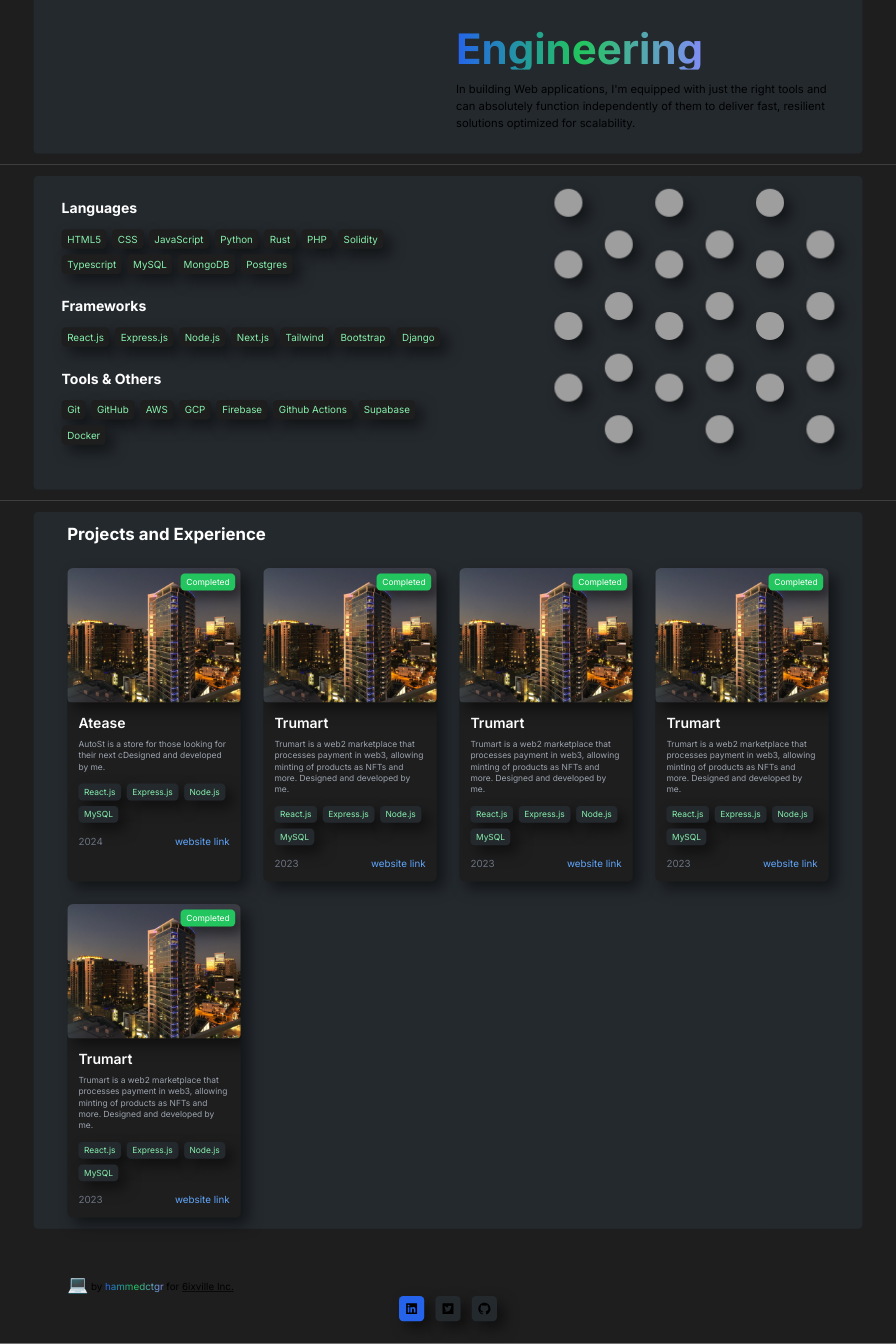
Repository: muhammedctgr/hammedctgr
Page: /
An editor plug-in stored every save of this project. The page is shown before and after the next save, followed by the edit.
The browser window is 1280 px wide. The pictures show the part of the page from y = 808 to 2728 px (the page is 2728 px tall), at 70% of full size.
Pictures or frames that could not be fetched are drawn as grey boxes. The project was rebuilt for these pictures with package versions that can differ from the ones it lists, and the page was loaded fresh each time. The framework's server and built-in components were replaced by stand-ins that run in the browser. Also part of the build but not shown: next.config.mjs.

Above is the page before, as saved 2024-08-13 21:30:42.

### app/layout.tsx
import type { Metadata } from "next";
import { Inter } from "next/font/google";
import "./globals.css";

const inter = Inter({ subsets: ["latin"] });

export const metadata: Metadata = {
  title: "Popoola Muhammed",
  description: "Generated by create next app",
};

export default function RootLayout({
  children,
}: Readonly<{
  children: React.ReactNode;
}>) {
  return (
    <html lang="en">
      <body className={inter.className}>{children}</body>
    </html>
  );
}

### app/page.tsx
import Head from 'next/head';
import Hero from '../components/Hero';
import SkillsSection from '@/components/SkillsSection';
import SummarySection from '@/components/SummarySection';
import ProjectsSection from '@/components/ProjectsSection';
import Footer from '@/components/Footer';

const Home = () => (
  <div>
    <Head>
      <title>Popoola Muhammed</title>
      <meta name="description" content="Welcome to my developer portfolio" />
    </Head>

    <Hero />
    <SummarySection />
    <SkillsSection />
    <ProjectsSection />
    <Footer />
  </div>
);

export default Home;

### app/globals.css
@tailwind base;
@tailwind components;
@tailwind utilities;

:root {
  --foreground-rgb: 0, 0, 0;
  --background-start-rgb: 214, 219, 220;
  --background-end-rgb: 255, 255, 255;
}

@media (prefers-color-scheme: dark) {
  :root {
    --foreground-rgb: 255, 255, 255;
    --background-start-rgb: 0, 0, 0;
    --background-end-rgb: 0, 0, 0;
  }
}

body {
  color: rgb(var(--foreground-rgb));
  background: linear-gradient(
      to bottom,
      transparent,
      rgb(var(--background-end-rgb))
    )
    rgb(var(--background-start-rgb));
}

@layer utilities {
  .text-balance {
    text-wrap: balance;
  }
}


@keyframes upDown {
  0%, 100% {
    transform: translateY(0);
  }
  50% {
    transform: translateY(-10px); /* Adjust the value as needed */
  }
}

.animate-upDown {
  animation: upDown 2s infinite ease-in-out; /* Adjust duration as needed */
}


@keyframes scroll-medium {
  0% {
    transform: translateY(-100%);
  }
  100% {
    transform: translateY(100%);
  }
}

@keyframes scroll-fast {
  0% {
    transform: translateY(-100%);
  }
  100% {
    transform: translateY(30vh);
  }
}

@keyframes scroll-upfast {
  0% {
    transform: translateY(100%);
  }
  100% {
    transform: translateY(-30vh);
  }
}

.animate-scroll-upfast {
  animation: scroll-upfast 2s linear infinite;
}

.animate-scroll-fast {
  animation: scroll-fast 2s linear infinite;
}

.animate-scroll-medium {
  animation: scroll-medium 6s linear infinite;
}

.animate-scroll-delay {
  animation-delay: 2s;
}

.animate-scroll-delay-long {
  animation-delay: 4s;
}

.animate-scroll {
  animation: scroll 10s linear infinite;
}

.neumorph {
  border-radius: 5px;
  background: linear-gradient(145deg, #161414, #1a1818);
  box-shadow:  5px 5px 10px #111010,
               -5px -5px 10px #1f1c1c;
}

### components/Hero.tsx
import Image from 'next/image';
import profilePic from '../public/profile.png';
import { AiFillLinkedin, AiFillGithub, AiFillTwitterSquare, AiFillX } from 'react-icons/ai';

const Hero = () => {
  return (
    <section className="bg-gptGray px-4 py-4 md:pt-8 md:px-8 lg:px-12 text-white flex items-center">
  <div className="container bg-githubGray shadow-lg rounded-md mx-auto flex flex-col md:flex-row md:px-2 relative overflow-hidden">
    <div className="flex-1 text-left p-4 md:p-8">
      <div className="inline-block bg-blue-600 text-black py-1 px-3 mb-4 rounded-md">
        Hi, I’m
      </div>
      <div className="mb-6">
        <h1 className="text-xl md:text-3xl font-bold">Popoola Muhammed</h1>
        <p className="mt-2 text-lg md:text-xl">Full-Stack Developer, I build and manage</p>
      </div>
      <ul className="mt-4 list-disc list-inside text-xs md:text-base">
        <li>Highly Optimized and Responsive <span className="text-blue-600">FRONT-END</span></li>
        <li>Secure and Scalable <span className="text-blue-600">BACK-END & DATABASE</span></li>
        <li><span className="text-blue-600">IT</span> Infrastructure</li>
      </ul>
      <div className="mt-6">
        <a href="#contact" className="underline">Let’s Connect</a>
        <div className="mt-2 flex justify-start space-x-4">
          <a href="#" className="bg-blue-600 p-2 rounded-md shadow-deep-all">
            <AiFillLinkedin size={20} />
          </a>
          <a href="#" className="bg-githubGray p-2 rounded-md shadow-deep-all">
            <AiFillTwitterSquare size={20} />
          </a>
          <a href="#" className="bg-githubGray p-2 rounded-md shadow-deep-all">
            <AiFillGithub size={20} />
          </a>
        </div>
      </div>
    </div>
    <div className="relative flex-1 p-4 md:p-8">
      <img src="https://cdn.jsdelivr.net/gh/devicons/devicon@latest/icons/python/python-original.svg" className="right-4 w-8 h-8 md:w-16 md:h-16 lg:w-16 lg:h-16 bg-gptGray rounded-md animate-bounce shadow-deep-all" />
      <div className="relative w-40 h-40 md:w-72 md:h-72 lg:w-96 lg:h-96 mx-auto">
        <Image src={profilePic} alt="Popoola Muhammed" layout="fill" className="rounded-full object-cover animate-upDown" />
      </div>
      <img src="https://cdn.jsdelivr.net/gh/devicons/devicon@latest/icons/rust/rust-original.svg"  className="w-8 h-8 md:w-16 md:h-16 lg:w-16 lg:h-16 bg-gptGray rounded-3xl shadow-deep-all animate-bounce absolute top-8 right-4" />
      <img src="https://cdn.jsdelivr.net/gh/devicons/devicon@latest/icons/javascript/javascript-original.svg" className="w-8 h-8 md:w-12 md:h-12 lg:w-12 lg:h-12 bg-gptGray rounded-md animate-bounce shadow-deep-all" />
    </div>
    <img src="https://cdn.jsdelivr.net/gh/devicons/devicon@latest/icons/nextjs/nextjs-original.svg" className="w-8 h-8 md:w-12 md:h-12 lg:w-12 lg:h-12 bg-gptGray rounded-3xl shadow-deep-all animate-bounce absolute bottom-4 right-36" />
  </div>
</section>
  );
};

export default Hero;

### components/SkillsSection.tsx
import Image from 'next/image';
import { FC } from 'react';

interface SkillCategory {
  title: string;
  skills: { name: string; }[];
}

const skills: SkillCategory[] = [
  {
    title: "Languages",
    skills: [
      { name: "HTML5",  },
      { name: "CSS", },
      { name: "JavaScript",  },
      { name: "Python", },
      { name: "Rust",  },
      { name: "PHP", },
      { name: "Solidity",  },
      { name: "Typescript",  },
      { name: "MySQL",  },
      { name: "MongoDB", },
      { name: "Postgres", },
    ],
  },
  {
    title: "Frameworks",
    skills: [
      { name: "React.js", },
      { name: "Express.js",  },
      { name: "Node.js", },
      { name: "Next.js", },
      { name: "Tailwind", },
      { name: "Bootstrap", },
      { name: "Django", }
    ],
  },
  {
    title: "Tools & Others",
    skills: [
      { name: "Git",  },
      { name: "GitHub",  },
      { name: "AWS", },
      { name: "GCP", },
      { name: "Firebase", },
      { name: "Github Actions", },
      { name: "Supabase",  },
      { name: "Docker",  },
    ],
  },
];

const icons = [
  "/icons/html5.svg", // Replace with your icon paths
  "/icons/css3.svg",
  "/icons/javascript.svg",
  "/icons/python.svg",
  // Add the rest of the icons as needed
];

const SkillsSection: FC = () => {
  return (
  <section className="px-4 py-4 md:px-8 lg:px-12 bg-gptGray text-white w-full h-full">
  <div className="container bg-githubGray rounded-md mx-auto flex flex-col md:flex-row items-start md:px-2">
    <div className="flex-1 p-4 md:p-8">
      {skills.map((category) => (
        <div key={category.title} className="mb-8">
          <h2 className="text-lg md:text-xl font-bold mb-4 ">{category.title}</h2>
          <div className="flex flex-wrap gap-2">
            {category.skills.map((skill) => (
              <span
                key={skill.name}
                className={`px-2 py-1 rounded-md text-sm shadow-deep-all bg-gptGray text-green-300`}
              >
                {skill.name}
              </span>
            ))}
          </div>
        </div>
      ))}
    </div>
    <div className="flex-1 flex flex-col items-center md:items-end overflow-hidden md:pb-8">
      <div className="grid grid-cols-6 md:grid-cols-6 gap-8 p-4 md:p-8">
      <img src="https://cdn.jsdelivr.net/gh/devicons/devicon@latest/icons/html5/html5-original.svg" className="w-10 h-10 md:w-10 md:h-10 lg:w-10 lg:h-10 bg-gptGray rounded-3xl shadow-deep-all mt-4 animate-scroll-fast" />
      <img src="https://cdn.jsdelivr.net/gh/devicons/devicon@latest/icons/css3/css3-original.svg" className="w-10 h-10 md:w-10 md:h-10 lg:w-10 lg:h-10 bg-gptGray rounded-3xl shadow-deep-all mt-4 animate-scroll-upfast" />
      <img src="https://cdn.jsdelivr.net/gh/devicons/devicon@latest/icons/javascript/javascript-original.svg" className="w-10 h-10 md:w-10 md:h-10 lg:w-10 lg:h-10 bg-gptGray rounded-3xl shadow-deep-all mt-4 animate-scroll-fast" />
      <img src="https://cdn.jsdelivr.net/gh/devicons/devicon@latest/icons/python/python-original.svg" className="w-10 h-10 md:w-10 md:h-10 lg:w-10 lg:h-10 bg-gptGray rounded-3xl shadow-deep-all mt-4 animate-scroll-upfast" />
      <img src="https://cdn.jsdelivr.net/gh/devicons/devicon@latest/icons/rust/rust-original.svg"  className="w-10 h-10 md:w-10 md:h-10 lg:w-10 lg:h-10 bg-gptGray rounded-3xl shadow-deep-all mt-4 animate-scroll-fast" />
      <img src="https://cdn.jsdelivr.net/gh/devicons/devicon@latest/icons/php/php-original.svg" className="w-10 h-10 md:w-10 md:h-10 lg:w-10 lg:h-10 bg-gptGray rounded-3xl shadow-deep-all mt-4 animate-scroll-upfast"  />
      <img src="https://cdn.jsdelivr.net/gh/devicons/devicon@latest/icons/solidity/solidity-original.svg" className="w-10 h-10 md:w-10 md:h-10 lg:w-10 lg:h-10 bg-gptGray rounded-3xl shadow-deep-all mt-4 animate-scroll-fast" />
      <img src="https://cdn.jsdelivr.net/gh/devicons/devicon@latest/icons/typescript/typescript-original.svg" className="w-10 h-10 md:w-10 md:h-10 lg:w-10 lg:h-10 bg-gptGray rounded-3xl shadow-deep-all mt-4 animate-scroll-upfast" />
      <img src="https://cdn.jsdelivr.net/gh/devicons/devicon@latest/icons/mysql/mysql-original.svg" className="w-10 h-10 md:w-10 md:h-10 lg:w-10 lg:h-10 bg-gptGray rounded-3xl shadow-deep-all mt-4 animate-scroll-fast" />
      <img src="https://cdn.jsdelivr.net/gh/devicons/devicon@latest/icons/mongodb/mongodb-original.svg" className="w-10 h-10 md:w-10 md:h-10 lg:w-10 lg:h-10 bg-gptGray rounded-3xl shadow-deep-all mt-4 animate-scroll-upfast" />
      <img src="https://cdn.jsdelivr.net/gh/devicons/devicon@latest/icons/react/react-original.svg" className="w-10 h-10 md:w-10 md:h-10 lg:w-10 lg:h-10 bg-gptGray rounded-3xl shadow-deep-all mt-4 animate-scroll-fast" />
      <img src="https://cdn.jsdelivr.net/gh/devicons/devicon@latest/icons/nextjs/nextjs-original.svg" className="w-10 h-10 md:w-10 md:h-10 lg:w-10 lg:h-10 bg-gptGray rounded-3xl shadow-deep-all mt-4 animate-scroll-upfast" />
      <img src="https://cdn.jsdelivr.net/gh/devicons/devicon@latest/icons/tailwindcss/tailwindcss-original.svg" className="w-10 h-10 md:w-10 md:h-10 lg:w-10 lg:h-10 bg-gptGray rounded-3xl shadow-deep-all mt-4 animate-scroll-fast" />
      <img src="https://cdn.jsdelivr.net/gh/devicons/devicon@latest/icons/git/git-original.svg" className="w-10 h-10 md:w-10 md:h-10 lg:w-10 lg:h-10 bg-gptGray rounded-3xl shadow-deep-all mt-4 animate-scroll-upfast" />
      <img src="https://cdn.jsdelivr.net/gh/devicons/devicon@latest/icons/github/github-original.svg" className="w-10 h-10 md:w-10 md:h-10 lg:w-10 lg:h-10 bg-gptGray rounded-3xl shadow-deep-all mt-4 animate-scroll-fast" />
      <img src="https://cdn.jsdelivr.net/gh/devicons/devicon@latest/icons/amazonwebservices/amazonwebservices-original-wordmark.svg" className="w-10 h-10 md:w-10 md:h-10 lg:w-10 lg:h-10 bg-gptGray rounded-3xl shadow-deep-all mt-4 animate-scroll-upfast" />
      <img src="https://cdn.jsdelivr.net/gh/devicons/devicon@latest/icons/googlecloud/googlecloud-original.svg" className="w-10 h-10 md:w-10 md:h-10 lg:w-10 lg:h-10 bg-gptGray rounded-3xl shadow-deep-all mt-4 animate-scroll-fast" />
      <img src="https://cdn.jsdelivr.net/gh/devicons/devicon@latest/icons/postgresql/postgresql-original.svg" className="w-10 h-10 md:w-10 md:h-10 lg:w-10 lg:h-10 bg-gptGray rounded-3xl shadow-deep-all mt-4 animate-scroll-upfast" />
      <img src="https://cdn.jsdelivr.net/gh/devicons/devicon@latest/icons/supabase/supabase-original.svg" className="w-10 h-10 md:w-10 md:h-10 lg:w-10 lg:h-10 bg-gptGray rounded-3xl shadow-deep-all mt-4 animate-scroll-fast" />
      <img src="https://cdn.jsdelivr.net/gh/devicons/devicon@latest/icons/docker/docker-original.svg" className="w-10 h-10 md:w-10 md:h-10 lg:w-10 lg:h-10 bg-gptGray rounded-3xl shadow-deep-all mt-4 animate-scroll-upfast" />
      <img src="https://cdn.jsdelivr.net/gh/devicons/devicon@latest/icons/django/django-plain.svg" className="w-10 h-10 md:w-10 md:h-10 lg:w-10 lg:h-10 bg-gptGray rounded-3xl shadow-deep-all mt-4 animate-scroll-fast" />
      <img src="https://cdn.jsdelivr.net/gh/devicons/devicon@latest/icons/bootstrap/bootstrap-original.svg" className="w-10 h-10 md:w-10 md:h-10 lg:w-10 lg:h-10 bg-gptGray rounded-3xl shadow-deep-all mt-4 animate-scroll-upfast" />
      <img src="https://cdn.jsdelivr.net/gh/devicons/devicon@latest/icons/nodejs/nodejs-original.svg" className="w-10 h-10 md:w-10 md:h-10 lg:w-10 lg:h-10 bg-gptGray rounded-3xl shadow-deep-all mt-4 animate-scroll-fast" />
      <img src="https://cdn.jsdelivr.net/gh/devicons/devicon@latest/icons/githubactions/githubactions-original.svg" className="w-10 h-10 md:w-10 md:h-10 lg:w-10 lg:h-10 bg-gptGray rounded-3xl shadow-deep-all mt-4 animate-scroll-upfast" />
      </div>
    </div>
  </div>
</section>
  );
};

export default SkillsSection;

### components/SummarySection.tsx
import { FC } from 'react';

const SummarySection: FC = () => {
  return (
<section className="px-4 py-4 md:px-8 lg:px-12 bg-gptGray relative overflow-hidden">
  <div className="container bg-githubGray mx-auto flex rounded-md flex-col md:flex-row justify-between items-start md:px-8 p-4 md:p-8">
    <div className=" mb-8 md:mb-8">
      <div className="mb-4">
        <span className="text-4xl md:text-6xl font-bold bg-gradient-to-r from-blue-600 via-green-500 to-indigo-400 inline-block text-transparent bg-clip-text">Software</span>
      </div>
      <p className="text-sm md:text-base">
        I'm probably not the typical dev stationed behind a computer, but building state-of-the-art web apps, optimizing performance for scale and avoiding downtime is where you'll find me.
      </p>
    </div>
    <div className=" md:mt-48">
      <div className="mb-4">
        <span className="text-4xl md:text-6xl font-bold bg-gradient-to-r from-blue-600 via-green-500 to-indigo-400 inline-block text-transparent bg-clip-text">Engineering</span>
      </div>
      <p className="text-sm md:text-base">
        In building Web applications, I'm equipped with just the right tools and can absolutely function independently of them to deliver fast, resilient solutions optimized for scalability.
      </p>
    </div>
  </div>
</section>
  );
};

export default SummarySection;

### components/ProjectsSection.tsx
import { FC } from 'react';

interface Project {
  title: string;
  description: string;
  technologies: string[];
  date: string;
  status: string;
  image: string;
  link: string;
}

const projects: Project[] = [
  {
    title: "Atease",
    description: "AutoSt is a store for those looking for their next cDesigned and developed by me.",
    technologies: ["React.js", "Express.js", "Node.js", "MySQL"],
    date: "2024",
    status: "Completed",
    image: "pic1.jpg",
    link: "https://ateasegroup.com",
  },
  {
    title: "Trumart",
    description: "Trumart is a web2 marketplace that processes payment in web3, allowing minting of products as NFTs and more. Designed and developed by me.",
    technologies: ["React.js", "Express.js", "Node.js", "MySQL"],
    date: "2023",
    status: "Completed",
    image: "pic1.jpg",
    link: "https://example.com",
  },
  {
    title: "Trumart",
    description: "Trumart is a web2 marketplace that processes payment in web3, allowing minting of products as NFTs and more. Designed and developed by me.",
    technologies: ["React.js", "Express.js", "Node.js", "MySQL"],
    date: "2023",
    status: "Completed",
    image: "pic1.jpg",
    link: "https://example.com",
  },
  {
    title: "Trumart",
    description: "Trumart is a web2 marketplace that processes payment in web3, allowing minting of products as NFTs and more. Designed and developed by me.",
    technologies: ["React.js", "Express.js", "Node.js", "MySQL"],
    date: "2023",
    status: "Completed",
    image: "pic1.jpg",
    link: "https://example.com",
  },
  {
    title: "Trumart",
    description: "Trumart is a web2 marketplace that processes payment in web3, allowing minting of products as NFTs and more. Designed and developed by me.",
    technologies: ["React.js", "Express.js", "Node.js", "MySQL"],
    date: "2023",
    status: "Completed",
    image: "pic1.jpg",
    link: "https://example.com",
  },
  // Add more projects as needed...
];

const ProjectsSection: FC = () => {
  return (
    <section className="bg-gptGray md:px-8 px-4 py-4 lg:px-12">
      <div className="container bg-githubGray rounded-md mx-auto md:px-8 ">
        <h2 className="text-2xl font-bold text-white p-4">Projects and Experience</h2>
        <div className="grid grid-cols-1 sm:grid-cols-3 lg:grid-cols-4 gap-8 p-4">
          {projects.map((project, index) => (
            <div key={index} className="bg-gptGray rounded-lg overflow-hidden shadow-deep-all">
              <div className="relative w-full h-48">
                <img src={project.image} alt={project.title} className="w-full h-full object-cover shadow-deep-all rounded-md" />
                <span className="shadow-deep-all absolute top-2 right-2 bg-green-500 text-xs text-white px-2 py-1 rounded-md">{project.status}</span>
              </div>
              <div className="p-4">
                <h3 className="text-xl font-semibold text-white mb-2">{project.title}</h3>
                <p className="text-gray-400 text-xs mb-4">{project.description}</p>
                <div className="flex flex-wrap gap-2 mb-4">
                  {project.technologies.map((tech, i) => (
                    <span key={i} className="bg-githubGray shadow-deep-all text-green-300 text-xs px-2 py-1 rounded-md">{tech}</span>
                  ))}
                </div>
                <div className="flex justify-between items-center">
                  <span className="text-gray-500 text-sm">{project.date}</span>
                  <a href={project.link} target="_blank" rel="noopener noreferrer" className="text-blue-400 hover:underline text-sm">website link</a>
                </div>
              </div>
            </div>
          ))}
        </div>
      </div>
    </section>
  );
};

export default ProjectsSection;

### components/Footer.tsx
import { AiFillLinkedin, AiFillGithub, AiFillTwitterSquare, AiFillX } from 'react-icons/ai';

const Footer = () => {
    return (
        <div className="bg-gptGray px-4 py-4 md:pt-4 md:px-4 lg:px-12">
            <div className='bg-gptGray px-4 py-4 md:pt-8 md:px-12 text-sm'>
                <p>
                <span className='text-2xl'>&#128187;</span> by <span className='bg-gradient-to-r from-blue-600 via-green-500 to-indigo-400 inline-block text-transparent bg-clip-text'>hammedctgr</span> for <a href="https://6ixville.github.io/" target="_blank" rel="noopener noreferrer" className='underline'>6ixville Inc.</a>
                </p>
                <div className="">
                    <div className=" flex justify-center space-x-4 ">
                        <a href="#" className="bg-blue-600 p-2 rounded-md shadow-deep-all">
                            <AiFillLinkedin size={20} />
                        </a>
                        <a href="#" className="bg-githubGray p-2 rounded-md shadow-deep-all">
                            <AiFillTwitterSquare size={20} />
                        </a>
                        <a href="#" className="bg-githubGray p-2 rounded-md shadow-deep-all">
                            <AiFillGithub size={20} />
                        </a>
                    </div>
                </div>
            </div>
       </div>
     );
}

export default Footer;

### tailwind.config.ts
import type { Config } from "tailwindcss";

const config: Config = {
  content: [
    "./pages/**/*.{js,ts,jsx,tsx,mdx}",
    "./components/**/*.{js,ts,jsx,tsx,mdx}",
    "./app/**/*.{js,ts,jsx,tsx,mdx}",
  ],
  theme: {
    extend: {
      backgroundImage: {
        "gradient-radial": "radial-gradient(var(--tw-gradient-stops))",
        "gradient-conic":
          "conic-gradient(from 180deg at 50% 50%, var(--tw-gradient-stops))",
      },
      colors: {
        githubGray: '#24292e',
        gptGray: '#1e1e1e', // Define the exact color
        gradient: 'bg-gradient-to-r from-blue-600 via-green-500 to-indigo-400 inline-block text-transparent bg-clip-text'
      },
      boxShadow: {
        'deep-right': '10px 10px 20px rgba(0, 0, 0, 0.25)',  // Right side shadow
        'deep-left': '-10px 10px 20px rgba(0, 0, 0, 0.25)',  // Left side shadow
        'deep-top': '10px -10px 20px rgba(0, 0, 0, 0.25)',   // Top side shadow
        'deep-bottom': '10px 10px 20px rgba(0, 0, 0, 0.25)', // Bottom side shadow
        'deep-all': '10px 10px 20px rgba(0, 0, 0, 0.5)',     // All sides shadow
      }
    },
  },
  plugins: [],
};
export default config;

After the next save:
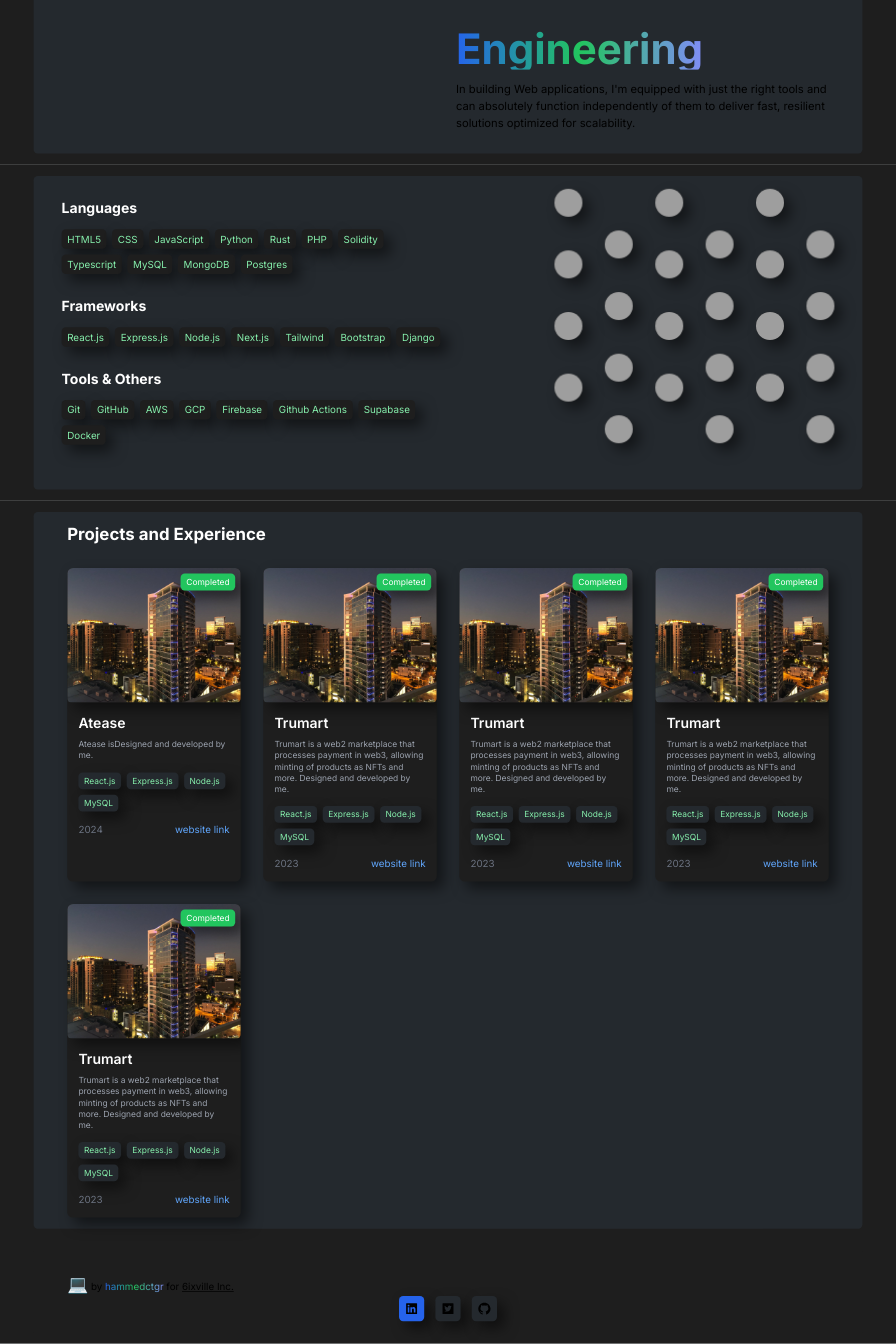
Saved 14 s later.
--- a/components/ProjectsSection.tsx
+++ b/components/ProjectsSection.tsx
@@ -13,7 +13,7 @@ interface Project {
 const projects: Project[] = [
   {
     title: "Atease",
-    description: "AutoSt is a store for those looking for their next cDesigned and developed by me.",
+    description: "Atease isDesigned and developed by me.",
     technologies: ["React.js", "Express.js", "Node.js", "MySQL"],
     date: "2024",
     status: "Completed",
